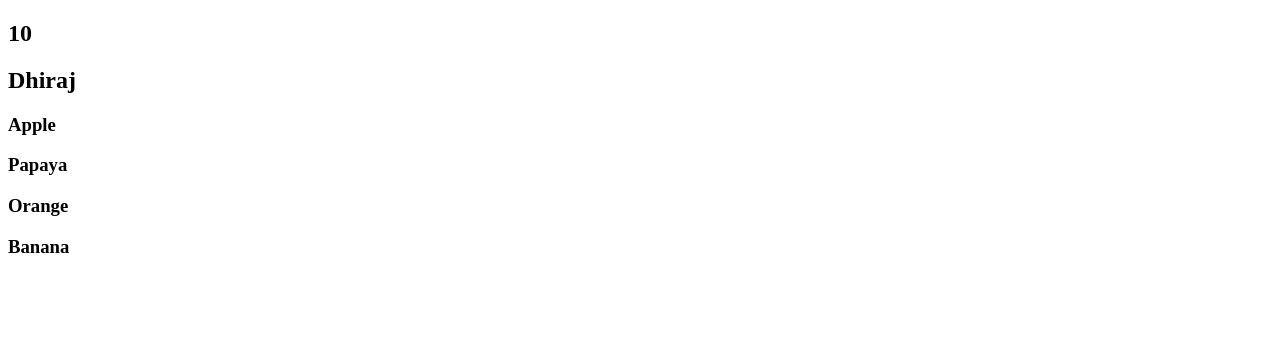
Repository: Dhirajkumar02/Advance-Java--J2EE-
Page: http://localhost/ServletProject_JSP/
The author's editor kept a copy of each file at every save. The page is drawn from the files as they stood at one save, then again after the next save.
The browser window is 1280 px wide. The pictures show the whole page.
The page is served by Tomcat 9.

Above is the page before, as saved 2024-11-15 11:00:23.

After the next save:
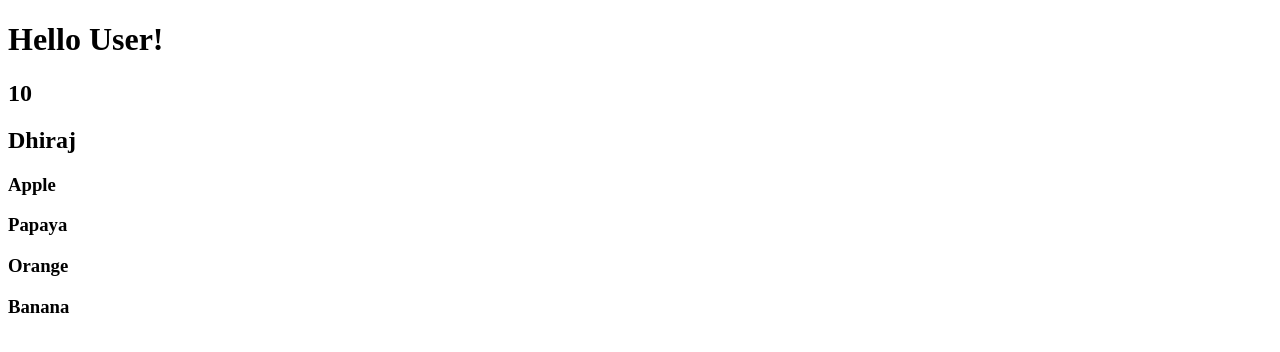
Saved 64 s later.
--- a/ServletProject_JSP/src/main/webapp/index.jsp
+++ b/ServletProject_JSP/src/main/webapp/index.jsp
@@ -1,5 +1,8 @@
 <%@ page language="java" contentType="text/html; charset=UTF-8"
     pageEncoding="UTF-8"%>
+
+    <!--Directive Tags  -->
+    <%@ include file="Hello.jsp" %>
 <!DOCTYPE html>
 <html>
 <head>
